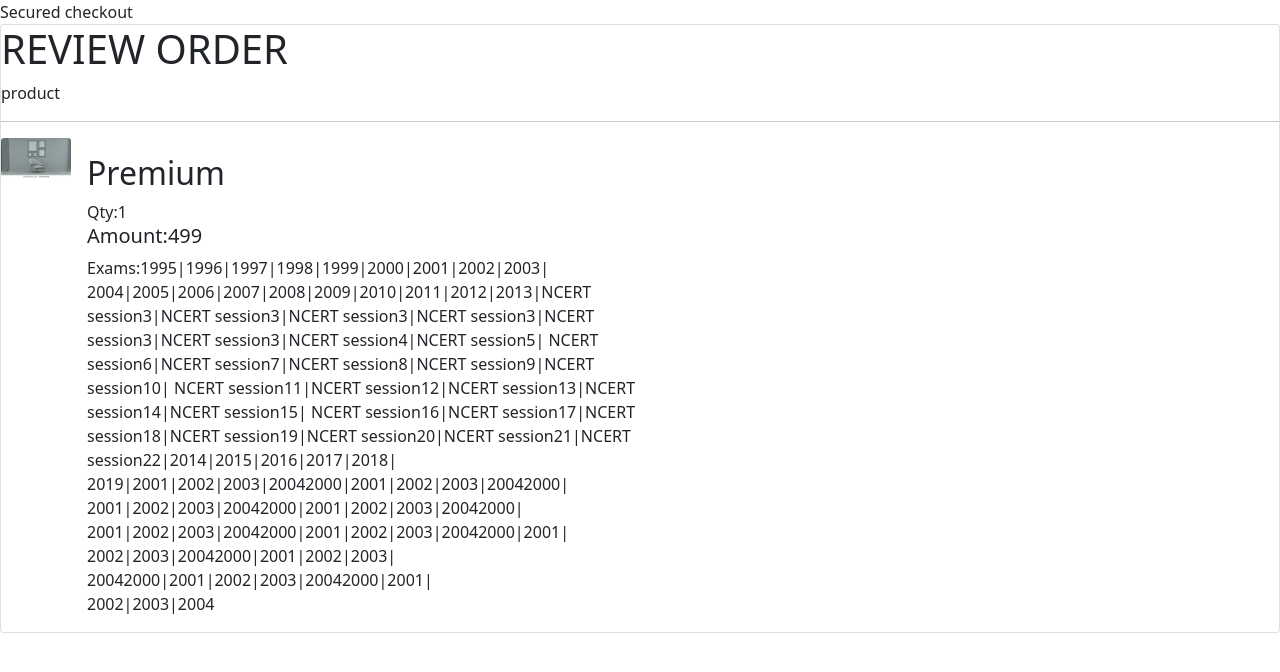
Repository: sreech465/e-prathibha
Page: /checkouts
An editor plug-in stored every save of this project. The page is shown before and after the next save, followed by the edit.
The browser window is 1280 px wide. The pictures show the whole page.
The project was rebuilt for these pictures with package versions that can differ from the ones it lists, and the page was loaded fresh each time. Also part of the build but not shown: src/Redux/Actions.js, src/Components/Register.js, src/Components/Verify.js, src/Components/Header.js, src/Components/Login.js, src/Components/Popup.css, src/Components/Popup.js, src/Components/WritExam.css and 9 more.

Above is the page before, as saved 2022-10-18 18:46:15.

After the next save:
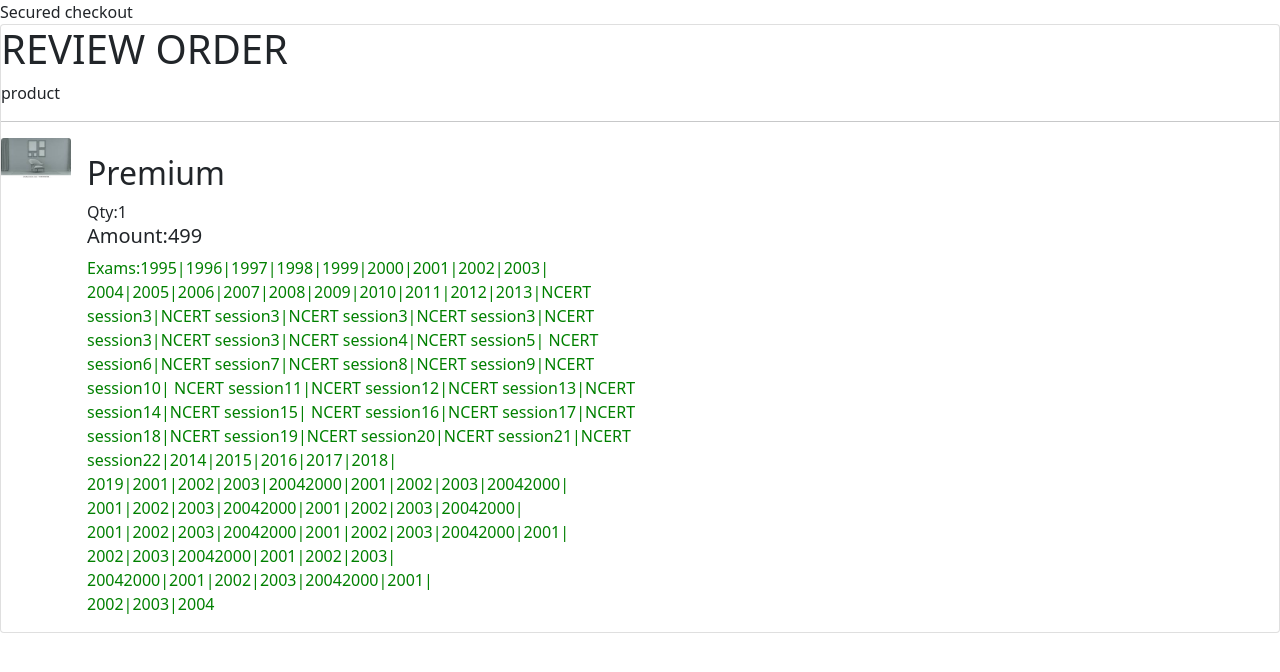
Saved 6 min 46 s later.
--- a/src/Components/Checkouts.js
+++ b/src/Components/Checkouts.js
@@ -20,7 +20,7 @@ const Checkouts = () => {
             <h2>Premium</h2>
             <div>Qty:1</div>
             <h5>Amount:499</h5>
-            <div>
+            <div style={{ color: "green" }}>
               Exams:1995|1996|1997|1998|1999|2000|2001|2002|2003|
               <br />
               2004|2005|2006|2007|2008|2009|2010|2011|2012|2013|NCERT
